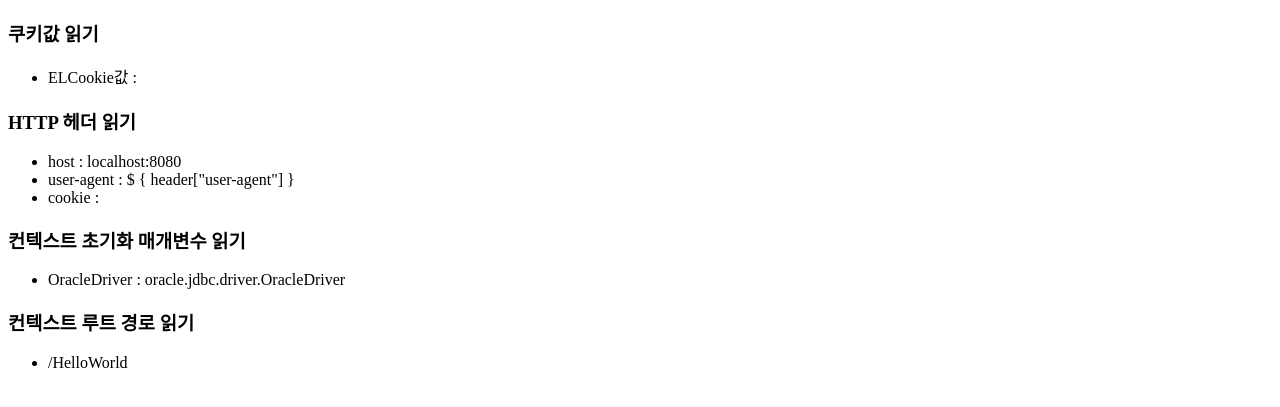
Repository: SteelIndustry/neo
Page: http://localhost/HelloWorld/10EL/OtherImplicitObj.jsp
An editor plug-in stored every save of this project. The page is shown before and after the next save, followed by the edit.
The browser window is 1280 px wide. The pictures show the whole page.
The page is served by Tomcat 9.

Above is the page before, as saved 2022-09-08 04:37:26.

After the next save:
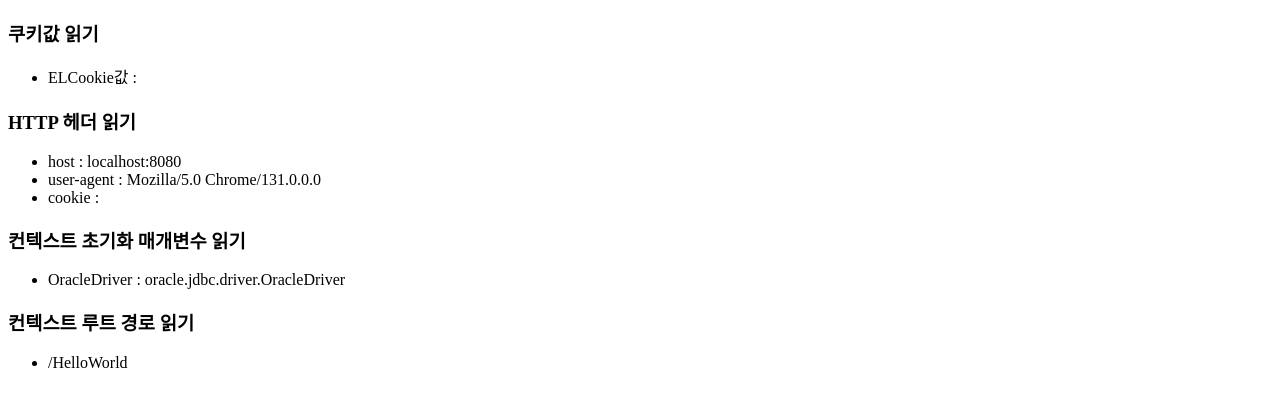
Saved 82 s later.
--- a/WebJSP/HelloWorld/WebContent/10EL/OtherImplicitObj.jsp
+++ b/WebJSP/HelloWorld/WebContent/10EL/OtherImplicitObj.jsp
@@ -20,7 +20,7 @@ CookieManager.makeCookie(response, "ELCookie", "EL좋아요", 10);
 	<h3>HTTP 헤더 읽기</h3>
 	<ul>
 		<li>host : ${ header.host }</li>
-		<li>user-agent : $ { header["user-agent"] }</li>
+		<li>user-agent : ${ header["user-agent"] }</li>
 		<li>cookie : ${header.cookie }</li>
 	</ul>
 
